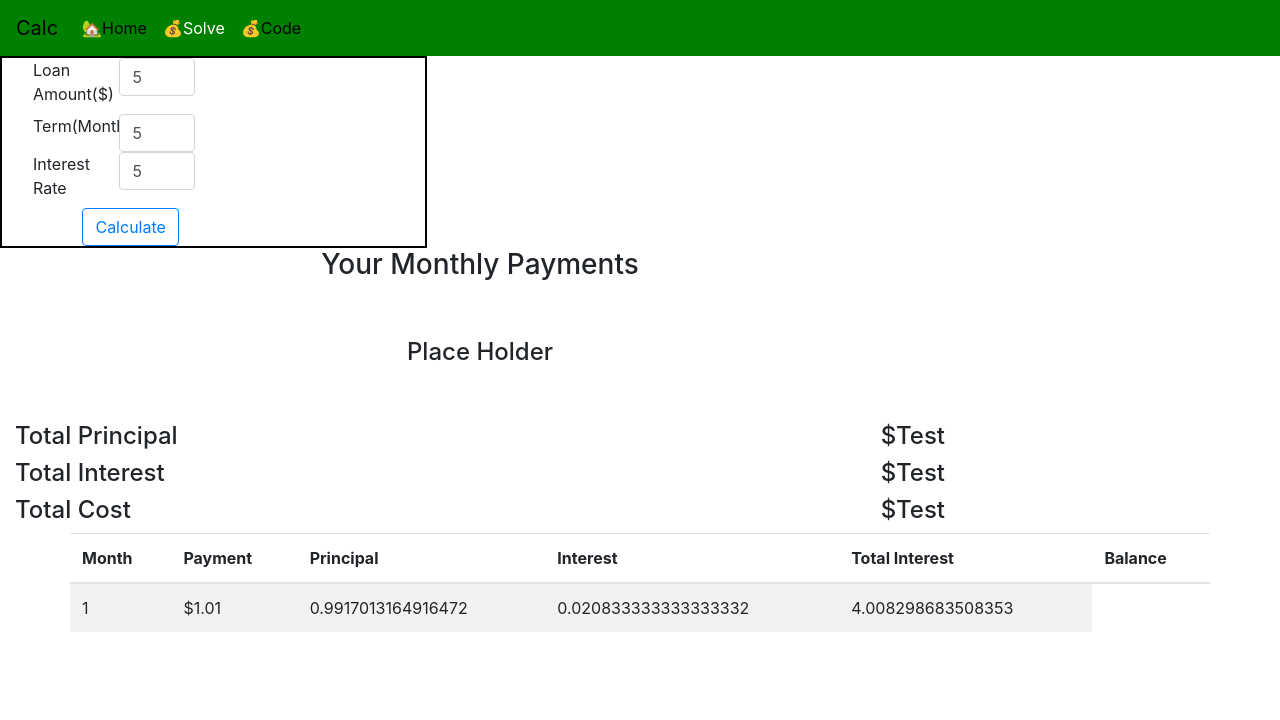
Repository: zhadjah9559/MortgageManager
Page: solve.html
The author's editor kept a copy of each file at every save. The page is drawn from the files as they stood at one save, then again after a run of saves.
The browser window is 1280 px wide. The pictures show the whole page.
Empty fields were first filled with sample values (such as "Sample", 5 or name@example.com).
After loading, the first visible `button.btn` was clicked once.

Above is the page before, as saved 2021-01-16 14:29:36.

After the next 2 saves:
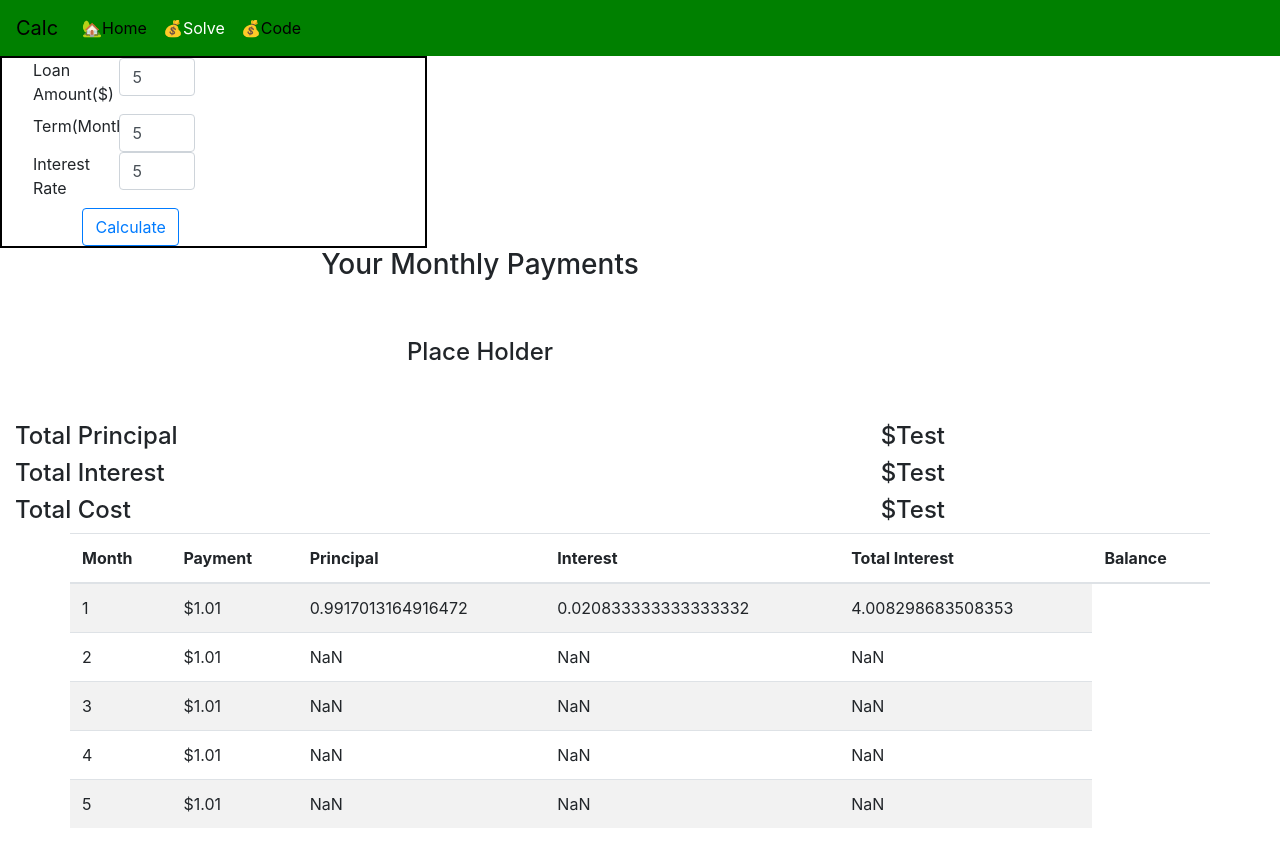
The 2 saves are shown as one change because they came seconds apart.
The last was saved 59 s later.
--- a/js/custom.js
+++ b/js/custom.js
@@ -43,7 +43,7 @@ function calculateLoan(){
 
     //will later on be used in order to display output
     let tBody ="";
-    for (let i = 0; i < months; i+=5) {
+    for (let i = 0; i < months; i++) {
         tBody += `<tr> <td>${ i+1 }</td> <td>$${  (Math.round(totalMonthlyPayment * 100) / 100).toFixed(2) }</td>
                   <td>${ principalPayments[i] }</td> <td>${ interestPayment[i] }</td>
                   <td>${ remainingBalance[i+1] }</td> </tr>`
